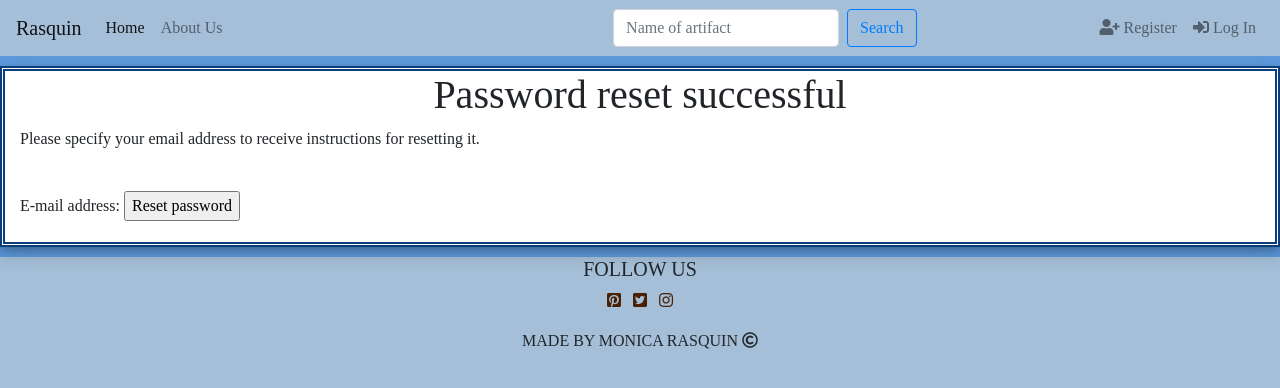
Repository: Rasquin/auction
Page: templates/registration/password_reset_form.html
The author's editor kept a record of every edit. The page is drawn from the files as they stood at one moment, then again after the next edit.
The browser window is 1280 px wide. The pictures show the whole page.
Some web fonts or font styles are not loaded; a fallback is used. The template is drawn by Django 2.2. The application's start-up code is not run. Other server files are loaded and not shown. The template is opened directly, without the code that normally fills it, so the values that code supplies are empty.

Above is the page before.

### templates/registration/password_reset_form.html
{% extends "base.html" %}

{% block page_title %}Password Reset Page{% endblock %}

{% block page_heading %}{% endblock %}

{% block content %}
<div class="container-fluid panel-body">
    <h1 class="text-center">Password reset successful</h1>
    <form method="post" class="accountform">
        <p>Please specify your email address to receive instructions for resetting it.</p>
        <br>
        <div style="display:none">
            <input type="hidden" value="{{ csrf_token }}" name="csrfmiddlewaretoken">
        </div>
         {{ form.email.errors }}
        <p><label for="id_email" class="control-label required-field">E-mail address:</label> {{ form.email }} <input type="submit" value="Reset password" /></p>
    </form>
</div>
{% endblock %}

### templates/base.html
<!DOCTYPE html>

{% load staticfiles %}


<html lang="en">

<head>
    <meta charset="UTF-8">
    <meta name="viewport" content="width=device-width, initial-scale=1.0">
    <meta http-equiv="X-UA-Compatible" content="ie=edge">

    <!-- favicon icon-->
	<link rel="shortcut icon" href="{% static 'icon/lizzy.ico' %}" />

    <!-- Bootstrap compiled and minified CSS -->
    <link rel="stylesheet" href="https://stackpath.bootstrapcdn.com/bootstrap/4.3.1/css/bootstrap.min.css" integrity="sha384-ggOyR0iXCbMQv3Xipma34MD+dH/1fQ784/j6cY/iJTQUOhcWr7x9JvoRxT2MZw1T" crossorigin="anonymous">

    <!-- Font Awesome compiled and minified CSS -->
    <link rel="stylesheet" href="{% static 'font-awesome/css/all.css' %}">

    <!-- Google Fonts-->
    <link href="https://fonts.googleapis.com/css?family=Germania+One&display=swap" rel="stylesheet">

    <!-- Own CSS -->
    <link rel="stylesheet" href="{% static 'css/mystyle.css' %}" type="text/css" />


    <!-- Own Scripts -->
    <script type="text/javascript" src="{% static 'js/myscript.js' %}"></script>

    <title>{% block page_title %}{% endblock %}</title>

</head>


<body>
    <!-- NavBar area -->
    <nav class="navbar navbar-expand-lg navbar-light bg-light">
        <!-- NavBar Brand-->
        <a class="navbar-brand" href="#">Rasquin</a>
        <button class="navbar-toggler" type="button" data-toggle="collapse" data-target="#navbarSupportedContent" aria-controls="navbarSupportedContent" aria-expanded="false" aria-label="Toggle navigation">
            <span class="navbar-toggler-icon"></span>
        </button>

        <div class="collapse navbar-collapse" id="navbarSupportedContent">
            <!-- NavBar Home & ABout-->
            <ul class="navbar-nav mr-auto">
                <li class="nav-item active">
                    <a class="nav-link" href="{% url 'index' %}">Home <span class="sr-only">(current)</span></a>
                </li>
                <li class="nav-item">
                    <a class="nav-link" href="{% url 'about' %}">About Us</a>
                </li>

            </ul>
            <!-- NavBar Search -->
            <form action="{% url 'search_by_name' %}" method="get" class="form-inline my-2 my-lg-0 margin-search-form">
                {% csrf_token %}
                <input class="form-control mr-sm-2" id="artifact_name" name="artifact_name" required placeholder="Name of artifact" aria-label="Search">
                <button class="btn btn-outline-primary my-2 my-sm-0" type="search">Search</button>
            </form>
            <!-- NavBar User status-->
            <ul class="navbar-nav navbar-right">
                    {% if user.is_authenticated %}
                        <li class="nav-item">
                            <a class="nav-link" href="{% url 'profile' %}"><i class="fa fa-user"></i> Profile</a>
                        </li>
                        <li class="nav-item">
                            <a class="nav-link" href="{% url 'logout' %}"><i class="fa fa-sign-out-alt"></i> Log Out</a>
                        </li>
                        <li class="nav-item">
                            <a class="nav-link" href="{% url 'view_my_biddings' %}"><i class="fas fa-gavel"></i>My Biddings </a>
                        </li>
                    {%  else %}
                        <li class="nav-item">
                            <a class="nav-link" href="{% url 'register' %}"><i class="fa fa-user-plus"></i> Register</a>
                        </li>
                        <li class="nav-item">
                            <a class="nav-link" href="{% url 'login' %}"><i class="fa fa-sign-in-alt"></i> Log In</a>
                        </li>
                    {% endif %}
                </ul>
        </div>
    </nav>

    <!-- Filter area -->
    {% block filter %}{% endblock %}

    <!-- Messages area -->
    {% if messages %}
    <div class="alert alert-success">
            <div class="messages">
                {% for message in messages %}
                    {{ message }}
                {% endfor %}
            </div>
        </div>
    {% endif %}

    <!-- Content area -->
    <div class="container-general">

        <!-- Block content area -->
        {% block content %} {% endblock %}

    </div>

    <!-- Footer area -->
    <footer class="container-fluid">


        <!-- SOCIAL MEDIA-->
        <div class="row ">
            <div class="col-12 text-center">
                <h5 class="text-uppercase">Follow Us</h5>
                <ul class="list-inline social-links">
                    <li class="list-inline-item"><a href="#"><i class="fab fa-pinterest-square"  aria-hidden="true"></i></a></li>
                    <li class="list-inline-item"><a href="#"><i class="fab fa-twitter-square" aria-hidden="true"></i></a></li>
                    <li class="list-inline-item"><a href="#"><i class="fab fa-instagram" aria-hidden="true"></i></a></li>
                </ul>
            </div>
        </div>

        <!--COPYRIGHT-->
        <div class="row ">
            <div class="col-12">

                <p class="text-center text-uppercase">Made by Monica Rasquin <i class="far fa-copyright"></i> </p>
            </div>
        </div>
    </footer>


    <!-- Bootstrap compiled and minified JavaScript -->
    <script src="https://code.jquery.com/jquery-3.3.1.slim.min.js" integrity="sha384-q8i/X+965DzO0rT7abK41JStQIAqVgRVzpbzo5smXKp4YfRvH+8abtTE1Pi6jizo" crossorigin="anonymous"></script>
    <script src="https://cdnjs.cloudflare.com/ajax/libs/popper.js/1.14.7/umd/popper.min.js" integrity="sha384-UO2eT0CpHqdSJQ6hJty5KVphtPhzWj9WO1clHTMGa3JDZwrnQq4sF86dIHNDz0W1" crossorigin="anonymous"></script>
    <script src="https://stackpath.bootstrapcdn.com/bootstrap/4.3.1/js/bootstrap.min.js" integrity="sha384-JjSmVgyd0p3pXB1rRibZUAYoIIy6OrQ6VrjIEaFf/nJGzIxFDsf4x0xIM+B07jRM" crossorigin="anonymous"></script>
    {% block head_js %} {% endblock %}

</body>
</html>

### static/js/myscript.js
//--------------------------------------Slider for Prices filter
function getPriceVals() {
    // Get slider price values
    var parent = this.parentNode;
    var slides = parent.getElementsByTagName("input");
    var slide1 = parseFloat(slides[0].value);
    var slide2 = parseFloat(slides[1].value);
    // Neither slider will clip the other, so make sure we determine which is larger
    if (slide1 > slide2) { var tmp = slide2;
        slide2 = slide1;
        slide1 = tmp; }

    var displayElement = parent.getElementsByClassName("rangePriceValues")[0];
    displayElement.innerHTML = "€ " + slide1 + " - €" + slide2;
}

//--------------------------------------Slider for Year filter
function getYearVals() {
    // Get Year slider values
    var parent = this.parentNode;
    var slides = parent.getElementsByTagName("input");
    var slide1 = parseFloat(slides[0].value);
    var slide2 = parseFloat(slides[1].value);
    // Neither slider will clip the other, so make sure we determine which is larger
    if (slide1 > slide2) { var tmp = slide2;
        slide2 = slide1;
        slide1 = tmp; }

    var displayElement = parent.getElementsByClassName("rangeYearValues")[0];
    displayElement.innerHTML = "From " + slide1 + " To " + slide2;
}

//----------------------------------------------- Initialize Sliders
window.onload = function() {
    // For Price
    var sliderSectionsPrice = document.getElementsByClassName("range-slider-price");
    for (var x = 0; x < sliderSectionsPrice.length; x++) {
        var slidersPrice = sliderSectionsPrice[x].getElementsByTagName("input");
        for (var y = 0; y < slidersPrice.length; y++) {
            if (slidersPrice[y].type === "range") {
                slidersPrice[y].oninput = getPriceVals;
                // Manually trigger event first time to display values
                slidersPrice[y].oninput();
            }
        }
    }
    // For Year
    var sliderSectionsYear = document.getElementsByClassName("range-slider-year");
    for (var x = 0; x < sliderSectionsYear.length; x++) {
        var slidersYear = sliderSectionsYear[x].getElementsByTagName("input");
        for (var y = 0; y < slidersYear.length; y++) {
            if (slidersYear[y].type === "range") {
                slidersYear[y].oninput = getYearVals;
                // Manually trigger event first time to display values
                slidersYear[y].oninput();
            }
        }
    }
}

Loaded but not shown: static/font-awesome/css/all.css (library); static/css/mystyle.css (common file)

After the next edit:
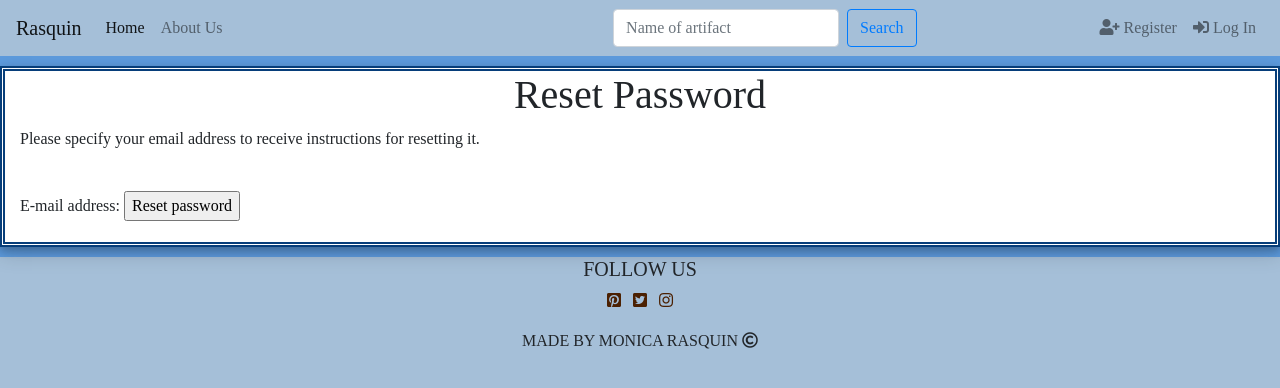
The edit:
--- a/templates/registration/password_reset_form.html
+++ b/templates/registration/password_reset_form.html
@@ -6,7 +6,7 @@
 
 {% block content %}
 <div class="container-fluid panel-body">
-    <h1 class="text-center">Password reset successful</h1>
+    <h1 class="text-center">Reset Password</h1>
     <form method="post" class="accountform">
         <p>Please specify your email address to receive instructions for resetting it.</p>
         <br>
